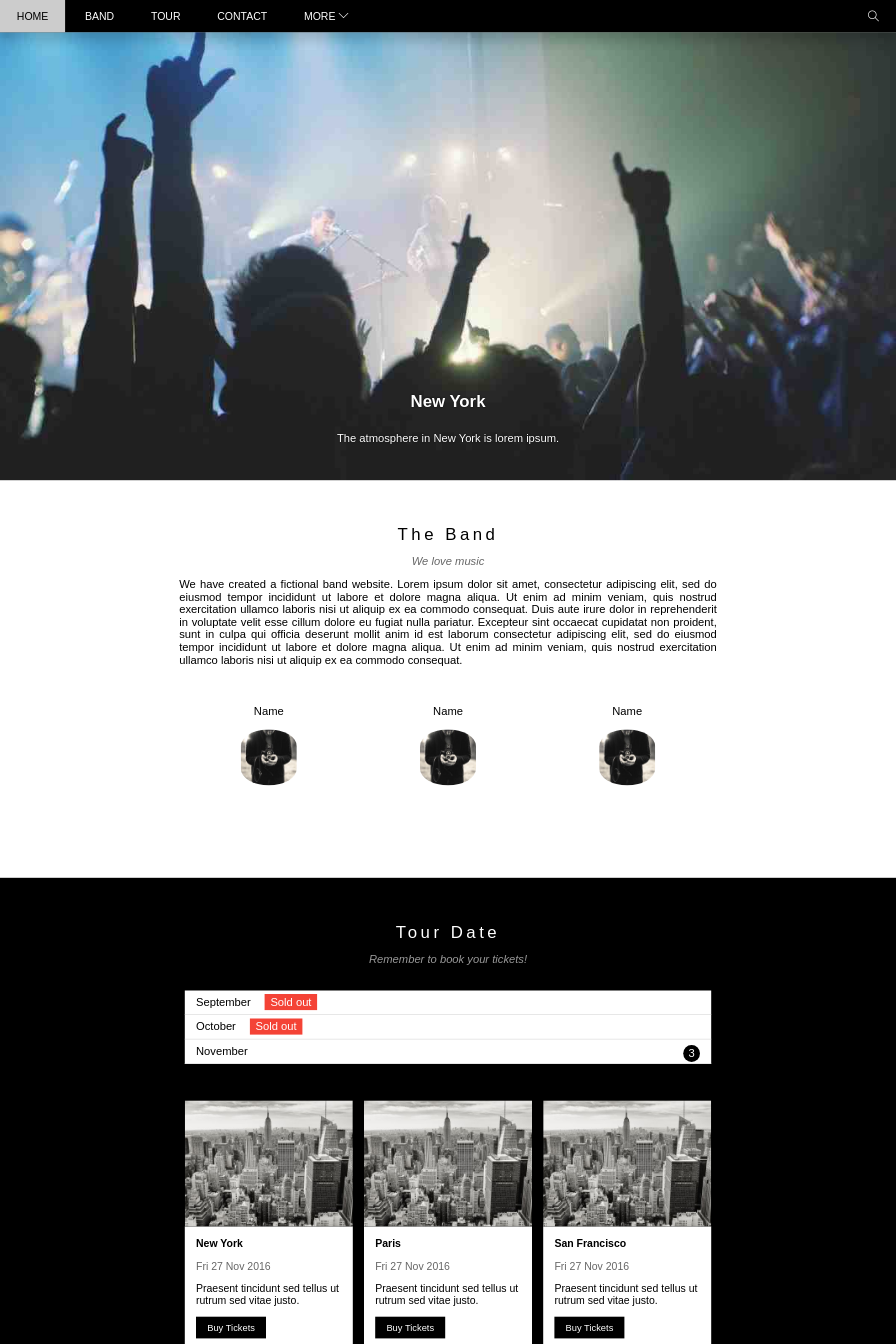
Repository: nguyen-git/W3School-Band-Website
Page: index.html
The author's editor kept a copy of each file at every save. The page is drawn from the files as they stood at one save, then again after the next save.
The browser window is 1280 px wide. The pictures show the part of the page from y = 0 to 1920 px (the page is 3397 px tall), at 70% of full size.

Above is the page before, as saved 2022-09-06 21:35:44.

### index.html
<!DOCTYPE html>
<html lang="en">
  <head>
    <meta charset="UTF-8" />
    <meta name="viewport" content="width=device-width, initial-scale=1.0" />
    <title>Website của nguyên</title>
    <link rel="stylesheet" href="/asset/style.css" />
    <link rel="stylesheet" href="/asset/responsive.css" />
    <link rel="stylesheet" href="/asset/font/themify-icons/themify-icons.css" />
    <link
      rel="icon"
      href="https://upload.wikimedia.org/wikipedia/commons/f/fe/Video-Game-Controller-Icon-IDV-green.svg"
      type="image/x-icon"
    />
  </head>
  <body>
    <div id="main">
      <div id="header">
        <ul id="nav">
          <li><a href="#">Home</a></li>
          <li><a href="#band">Band</a></li>
          <li><a href="#tour">Tour</a></li>
          <li><a href="#contact">Contact</a></li>
          <li>
            <a href="#">More <i class="ti-angle-down"></i></a>
            <ul class="subnav">
              <li><a href="#">Merchandise</a></li>
              <li><a href="#">Extras</a></li>
              <li><a href="#">Media</a></li>
            </ul>
          </li>
        </ul>

        <!-- model nav mobile -->
        <div class="model-nav"></div>

        <!-- mobile menu button -->
        <div id="mobile-menu" class="bar-btn" onclick="showNav()">
          <div class="bar-icon ti-menu"></div>
        </div>

        <!-- nav search button -->
        <div class="search-btn">
          <div class="search-icon ti-search"></div>
        </div>
      </div>
      <div id="slider">
        <div class="text-slider">
          <h2 class="slider-heading">New York</h2>
          <p class="slider-sub-heading">
            The atmosphere in New York is lorem ipsum.
          </p>
        </div>
      </div>
      <div id="content">
        <div id="band" class="content-section">
          <h2 class="content-heading">The Band</h2>
          <div class="content-sub-heading">We love music</div>
          <p class="about-content">
            We have created a fictional band website. Lorem ipsum dolor sit
            amet, consectetur adipiscing elit, sed do eiusmod tempor incididunt
            ut labore et dolore magna aliqua. Ut enim ad minim veniam, quis
            nostrud exercitation ullamco laboris nisi ut aliquip ex ea commodo
            consequat. Duis aute irure dolor in reprehenderit in voluptate velit
            esse cillum dolore eu fugiat nulla pariatur. Excepteur sint occaecat
            cupidatat non proident, sunt in culpa qui officia deserunt mollit
            anim id est laborum consectetur adipiscing elit, sed do eiusmod
            tempor incididunt ut labore et dolore magna aliqua. Ut enim ad minim
            veniam, quis nostrud exercitation ullamco laboris nisi ut aliquip ex
            ea commodo consequat.
          </p>
          <!-- member -->
          <div class="member-list row">
            <div class="col three-part s-col-full mt-16 text-center">
              <p class="name-member">Name</p>
              <img
                src="/asset/Img/member/bandmember.jpg"
                alt=""
                class="member-img"
              />
            </div>
            <div class="col three-part s-col-full mt-16 text-center">
              <p class="name-member">Name</p>
              <img
                src="/asset/Img/member/bandmember.jpg"
                alt=""
                class="member-img"
              />
            </div>
            <div class="col three-part s-col-full mt-16 text-center">
              <p class="name-member">Name</p>
              <img
                src="/asset/Img/member/bandmember.jpg"
                alt=""
                class="member-img"
              />
            </div>
          </div>
        </div>
        <!-- tour  -->
        <div class="tour-section">
          <div id="tour" class="content-section">
            <h2 class="color content-heading">Tour Date</h2>
            <div class="color content-sub-heading">
              Remember to book your tickets!
            </div>

            <ul class="ticket-list">
              <li>September<span class="sold-out">Sold out</span></li>
              <li>October<span class="sold-out">Sold out</span></li>
              <li>November<span class="quantity">3</span></li>
            </ul>

            <div class="place-list row mt-16">
              <div class="col three-part row s-col-full mt-16">
                <figure>
                  <img
                    src="/asset/Img/ticket/newyork.jpg"
                    alt=""
                    class="place-img"
                  />
                </figure>
                <div class="place-body">
                  <h2 class="ticket-name">New York</h2>
                  <p class="ticket-date">Fri 27 Nov 2016</p>
                  <p class="ticket-discr">
                    Praesent tincidunt sed tellus ut rutrum sed vitae justo.
                  </p>
                  <button href="" class="btn js-ticket-btns s-full-width">
                    Buy Tickets
                  </button>
                </div>
              </div>
              <div class="col three-part row s-col-full mt-16">
                <figure>
                  <img
                    src="/asset/Img/ticket/newyork.jpg"
                    alt=""
                    class="place-img"
                  />
                </figure>
                <div class="place-body">
                  <h2 class="ticket-name">Paris</h2>
                  <p class="ticket-date">Fri 27 Nov 2016</p>
                  <p class="ticket-discr">
                    Praesent tincidunt sed tellus ut rutrum sed vitae justo.
                  </p>
                  <button href="" class="btn js-ticket-btns s-full-width">
                    Buy Tickets
                  </button>
                </div>
              </div>
              <div class="col three-part row s-col-full mt-16">
                <figure>
                  <img
                    src="/asset/Img/ticket/newyork.jpg"
                    alt=""
                    class="place-img"
                  />
                </figure>
                <div class="place-body">
                  <h2 class="ticket-name">San Francisco</h2>
                  <p class="ticket-date">Fri 27 Nov 2016</p>
                  <p class="ticket-discr">
                    Praesent tincidunt sed tellus ut rutrum sed vitae justo.
                  </p>
                  <button href="" class="btn js-ticket-btns s-full-width">
                    Buy Tickets
                  </button>
                </div>
              </div>
            </div>
          </div>
        </div>
        <!-- contact -->
        <div id="contact" class="content-section">
          <h2 class="content-heading">Contact</h2>
          <div class="content-sub-heading">Fan? Drop a note!</div>
          <div class="row contact-content">
            <div class="col half-part s-col-full contact-info">
              <p><i class="ti-location-pin"></i>Chicago, US</p>
              <p>
                <i class="ti-mobile"></i>Phone:
                <a href="tel:+00 151515">+00 151515</a>
              </p>
              <p>
                <i class="ti-email"></i>Email:
                <a href="mailto:mail@mail.com">mail@mail.com</a>
              </p>
            </div>
            <div class="col half-part s-col-full contact-form">
              <form action="">
                <div class="row">
                  <div class="col half-part s-col-full s-mt-8">
                    <input
                      type="text"
                      name="Name"
                      id=""
                      class="form-control"
                      placeholder="Name"
                      required
                      class="form-control"
                    />
                  </div>
                  <div class="col half-part s-col-full s-mt-8">
                    <input
                      type="email"
                      name="Email"
                      id=""
                      class="form-control"
                      placeholder="Email"
                      required
                      class="form-control"
                    />
                  </div>
                </div>
                <div class="row mt-8">
                  <div class="col full-part">
                    <input
                      type="text"
                      name="Message"
                      id=""
                      class="form-control"
                      placeholder="Message"
                      required
                      class="form-control"
                    />
                  </div>
                </div>
                <input
                  class="btn pull-right mt-16 s-full-width"
                  type="submit"
                  value="Send"
                  style="margin-right: 7px"
                />
              </form>
            </div>
          </div>
        </div>
        <div class="map-section">
          <img src="/asset/Img/map.jpg" alt="" />
        </div>
      </div>
      <div id="footer">
        <div class="social-list">
          <a href=""><i class="ti-facebook"></i></a>
          <a href=""><i class="ti-instagram"></i></a>
          <a href=""><i class="ti-youtube"></i></a>
          <a href=""><i class="ti-pinterest"></i></a>
          <a href=""><i class="ti-twitter"></i></a>
          <a href=""><i class="ti-linkedin"></i></a>
        </div>
        <p class="copy-right">Powered by <a href="">F8.FullStack</a></p>
      </div>

      <!-- model -->
      <div class="model js-model">
        <div class="model-container js-model-container">
          <div class="model-close js-model-close"><i class="ti-close"></i></div>
          <h2 class="model-heading"><i class="ti-bag"></i>Tickets</h2>
          <div class="model-body">
            <label for="" class="model-label"
              ><i class="ti-shopping-cart"></i> Tickets, $15 per person</label
            >
            <input
              type="text"
              id="model-input-name"
              placeholder="How Many"
              class="model-input"
            />
            <label for="" class="model-label"
              ><i class="ti-user"></i>Send to</label
            >
            <input
              type="Gmail"
              id="model-input-email"
              placeholder="Enter Email..."
              class="model-input"
            />
            <button class="model-btn">Pay<i class="ti-check"></i></button>
          </div>
          <footer class="model-footer">
            <div class="model-help">Need <a href="" class="">help?</a></div>
          </footer>
        </div>
      </div>
    </div>
    <script>
      // Khai báo biến
      const buyBtns = document.querySelectorAll(".js-ticket-btns");
      const model = document.querySelector(".js-model");
      const modelClose = document.querySelector(".js-model-close");
      const modelContainer = document.querySelector(".js-model-container");
      const menuNav = document.getElementById("mobile-menu");

      // hiển thị nav giao diện mobile
      function showNav() {
        var nav = document.getElementById("nav");
        if (nav.style.display === "none") {
          nav.style.display = "inline-block";
        } else {
          nav.style.display = "none";
        }
      }

      // Hàm hiển thị model
      function showBuyTickets() {
        model.classList.add("open");
      }

      // Lặp qua từng thẻ button và nghe hành vi click
      for (const buyBtn of buyBtns) {
        buyBtn.addEventListener("click", showBuyTickets);
      }

      // Hàm ẩn hiển thị model
      function hideBuyTickets() {
        model.classList.remove("open");
      }
      // Nghe hành vi click vào button close
      modelClose.addEventListener("click", hideBuyTickets);

      model.addEventListener("click", hideBuyTickets);

      // Nghe hành vi click vào model
      modelContainer.addEventListener("click", function (event) {
        event.stopPropagation();
      });
    </script>
  </body>
</html>

### asset/style.css
/* common */
* {
    padding: 0;
    margin: 0;
    box-sizing: border-box;
}

html {
    scroll-behavior: smooth;
    font-family: Arial, Helvetica, sans-serif;
}

.color {
    color: white !important;
}

.text-center {
    text-align: center !important;
}

.row::after {
    content: "";
    display: block;
    clear: both;
}

.row {
    padding-left: -8px;
    padding-right: -8px;
}

.col {
    float: left;
    padding-left: 8px;
    padding-right: 8px;
}

.full-part {
    width: 100%;
}

.half-part {
    width: calc(100%/2);
}

.three-part {
    width: calc(100%/3);
}

.mt-8 {
    margin-top: 8px !important;
}

.mt-16 {
    margin-top: 16px !important;
}

.btn {
    color: #fff;
    background-color: #000;
    text-decoration: none;
    padding: 8px 16px;
    display: inline-block;
    margin: 15px 0;
    border: none;
    --webkit-appearance: none;
}

.btn:hover {
    color: #000;
    cursor: pointer;
    background-color: #ccc;
}

.pull-right {
    float: right !important;
}



/* main */
#header {
    height: 46px;
    background-color: black;
    z-index: 1;
    top: 0;
    right: 0;
    left: 0;
    position: fixed;
    box-shadow: 0 12px 15px 0 rgb(0, 0, 0, 16%);
    /* overflow: hidden; */
}

.model-nav {
    padding-top: 50%;
    padding-bottom: 50%;
    position: fixed;
    background-color: rgb(0, 0, 0, 0.4);
    /* display: none; */
    align-items: center;
    justify-content: center;
}

#nav {
    display: inline-block;
}

#nav, .subnav {
    list-style-type: none;
}

#nav >li {
    display: inline-block;
}

#nav >li> a {
    text-transform: uppercase;
}

#nav li {
    position: relative;
}

#nav >li> a {
    color: #fff;
}

#nav li a {
    font-size: 15px;
    padding: 15px 24px;
    line-height: 46px;
    text-decoration: none;
}

.subnav {
    display: none;
    top: 46px;
    left: 0;
    min-width: 160px;
    position: absolute;
    background-color: #FFF;
    box-shadow: 0 12px 15px 0 rgb(0, 0, 0, 16%);
}

.subnav a {
    color: #000;
    padding: 8px 16px;
}

#nav >li:hover> a,
#nav .subnav li:hover  {
    color: #000;
    background-color: #ccc;
}

#nav li:hover .subnav {
    display: block;
}

.ti-angle-down {
    font-size: 15px;
    font-weight: 500;
}

.bar-btn {
    position: absolute;
    top: 0;
    right: 0;
    display: none;
}

.bar-btn,
.search-btn {
    float: right;
    color: #fff;
    padding: 15px 24px;
}

.search-btn:hover {
    background-color: #f44336;
}

.bar-btn:hover {
    color: #000;
    background-color: #ccc;
}

#slider {
    padding-top: 50%;
    position: relative;
    margin-top: 46px;
    background: url(./Img/New\ york.jpg) top center/ cover no-repeat;
}

.text-slider {
    text-align: center;
    /* margin: 100px; */
    position: absolute;
    bottom: 0;
    left: 50%;
    transform: translateX(-50%);
}

.slider-heading {
    color: #fff;
    margin: 10px;
    padding-bottom: 20px;
    text-shadow: 0 0 2px rgb(0, 0, 0);
}

.slider-sub-heading {
    color: #fff;
    padding-bottom: 50px;
    text-shadow: 0 0 2px #000;
}

#content .content-section {
    margin-left: auto;
    margin-right: auto;
    width: 800px;
    max-width: 100%;
    padding: 64px 0 112px;
    padding-left: 16px;
    padding-right: 16px;
}

#content .content-heading {
    text-align: center;
    letter-spacing: 5px;
    font-weight: 500;
}

#content .content-sub-heading {
    text-align: center;
    margin: 15px 0;
    font-style: italic;
    opacity: 0.6;
}

#content .about-content {
    text-align: justify;
}

.member-list {
    /* overflow: hidden; */
    margin-top: 40px;
}

.member-img {
    width: calc(100%/3);
    padding: 16px 0;
    border-radius: 40px;
}

/* tour */
.tour-section {
    background: #000;
}

.ticket-list {
    margin: 36px 8px;
    background-color: #fff;
}

.ticket-list li {
    padding: 8px 16px;
    list-style-type: none;
    border-bottom: 1px solid #ddd;
}

.ticket-list .sold-out {
    color: #fff;
    margin-left: 20px;
    padding: 3px 8px;
    background-color: #f44336;
}

.quantity {
    color: #fff;
    float: right;
    width: 24px;
    height: 24px;
    line-height: 24px;
    text-align: center;
    border-radius: 50%;
    background-color: black;
}

/* place */


.place-list{
    margin-top: 16px;
}

.place-img {
    width: 100%;
    display: block;
}

.place-img:hover {
    opacity: 0.6;
}

figure {
    overflow: hidden;
}

.place-img {
    object-fit: cover;
    object-position: center;
    transition: ease-in-out 0.4s;
}

.place-img:hover {
    transform: scale(1.08);
}

.place-body {
    padding: 16px;
    font-size: 15px;
    background-color: #fff;
}



.ticket-name {
    font-size: 15px;
}

.ticket-date {
    padding-top: 15px;
    opacity: 0.6;
}

.ticket-discr {
    padding-top: 15px;
}

/* Contact */

.contact-content {
    margin-top: 48px;
}

.contact-info {
    font-size: 18px;
}

.contact-info i[class*="ti-"] {
    width: 30px;
    display: inline-block;
}

.contact-form {
    font-size: 15px;
}

.contact-form .form-control {
    padding: 10px;
    border: 1px solid #ccc;
    width: 100%;
}

.map-section img{
    width: 100%;
    height: 50%;
}

/* footer */

#footer {
    padding: 64px 16px;
    text-align: center;
}

.social-list {
    font-size: 24px;
}

.social-list a {
    color: rgb(0, 0, 0, 0.6);
    text-decoration: none;
}

.social-list a:hover,
.copy-right a:hover {
    opacity: 0.5;
}

.copy-right {
    margin-top: 15px;
    color: rgb(0, 0, 0, 0.6);
}

.copy-right a {
    color: rgb(0, 0, 0, 0.6);
    text-decoration: none;
}

/* model */

.model.open {
    display: flex;
}

.model {
    top: 0;
    right: 0;
    left: 0;
    bottom: 0;
    position: fixed;
    background-color: rgb(0, 0, 0, 0.4);
    display: none;
    align-items: center;
    justify-content: center;
}

.model-container {
    width: 900px;
    max-width: calc(100% - 40px);
    min-height: 500px;
    position: relative;
    background-color: #fff;
    animation: modelFaceIn ease .5s;
}

.model-close {
    right: 0;
    color: #fff;
    position: absolute;
    padding: 10px 14px;
}

.model-close:hover {
    background-color: #f44336;
}

.model-heading {
    color: #fff;
    min-height: 130px;
    display: flex;
    font-weight: 600;
    letter-spacing: 5px;
    align-items: center;
    justify-content: center;
    background-color: #009688;
}

.model-body {
    margin: 40px 16px;
}

.model-label {
    display: block;
    margin-bottom: 12px;
}

.model-input {
    padding: 12px;
    width: 100%;
    margin-bottom: 22px;
}

.model-btn {
    height: 60px;
    width: 100%;
    color: #fff;
    border: none;
    text-transform: uppercase;
    background-color: #009688;
}

.model-btn:hover {
    opacity: 0.8;
}

.model-footer {
    float: right;
    padding: 0 16px;
    margin-bottom: 30px;
}

.model-footer a {
    color: #2196f3;
}

@keyframes modelFaceIn{
    from {
        opacity: 0;
        transform: translateY(-140px);
    }
    to{
        opacity: 1;
        transform: translateY(0);
    }
}


/* contact */

.colum {
    float: left;
}

.contact-test {
    display: inline-block;
    width: 50%;
}

.contact-form {
    float: right;
}

.line-one {
    width: 50%;
    display: inline;
}

### asset/responsive.css
/* Break Point */

/* tablet mobile */

@media (max-width: 1023px) {
    .btn {
        padding: 15px 16px;
    }

    .contact-info {
        line-height: 1.5;
    }

}

@media (min-width:740px) and (max-width: 1023px) {
    .tablet {
        display: block;
    }

    .social-list a {
        font-size: 28px;
        padding: 0 8px;
    }

    .copy-right {
        margin-top: 22px;
        font-size: 22px;
    }
}

/* mobile */

@media (max-width: 739px) {
    .s-full-width,
    .s-col-full {
        width: 100% !important;
    }

    .s-mt-8 {
        margin-top: 8px !important;
    }

    #header .search-btn {
        display: none;
    }
    #nav {
        display: none;
    }
    #nav >li {
        display: block;
        z-index: 9999999999;
    }

    #nav >li a {
        display: block;
        line-height: 16px;
    }

    #nav >li:first-child {
        display: inline-block;
    }

    #nav .subnav {
        position: initial;
    }

    #mobile-menu {
        display: block;
    }

    .member-item {
        width: 100%;
        margin-top: 30px;
    }

    .member-img {
        width: 60%;
    }

}

Loaded but not shown: asset/font/themify-icons/themify-icons.css (common file)

After the next save:
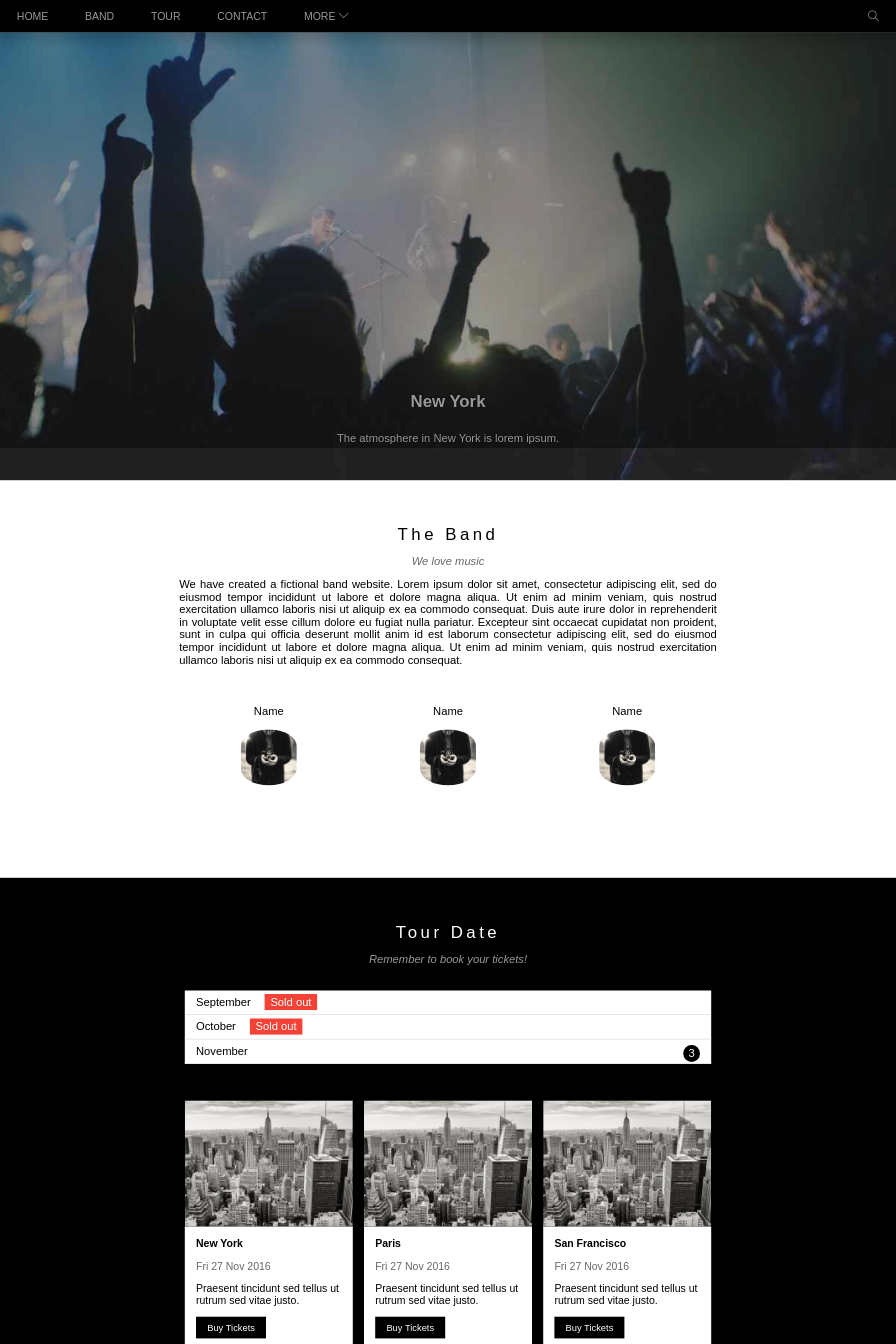
Saved 16 s later.
--- a/asset/style.css
+++ b/asset/style.css
@@ -92,7 +92,9 @@ html {
 }
 
 .model-nav {
-    padding-top: 50%;
+    top: 0;
+    left: 0;
+    right: 0;
     padding-bottom: 50%;
     position: fixed;
     background-color: rgb(0, 0, 0, 0.4);
